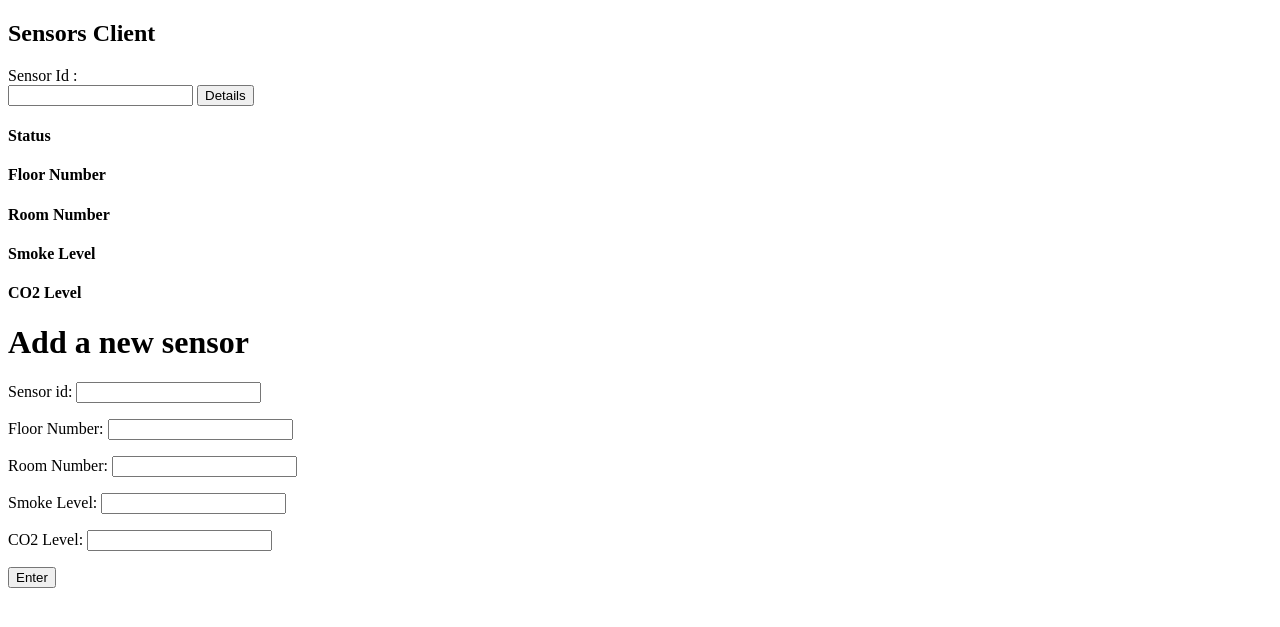
Repository: code-eshan/clientDSSensor
Page: sensor_service/WebContent/index.html
An editor plug-in stored every save of this project. The page is shown before and after the next save, followed by the edit.
The browser window is 1280 px wide. The pictures show the whole page.
Some web libraries are served in a nearby version.

Above is the page before, as saved 2020-04-15 14:19:55.

After the next save:
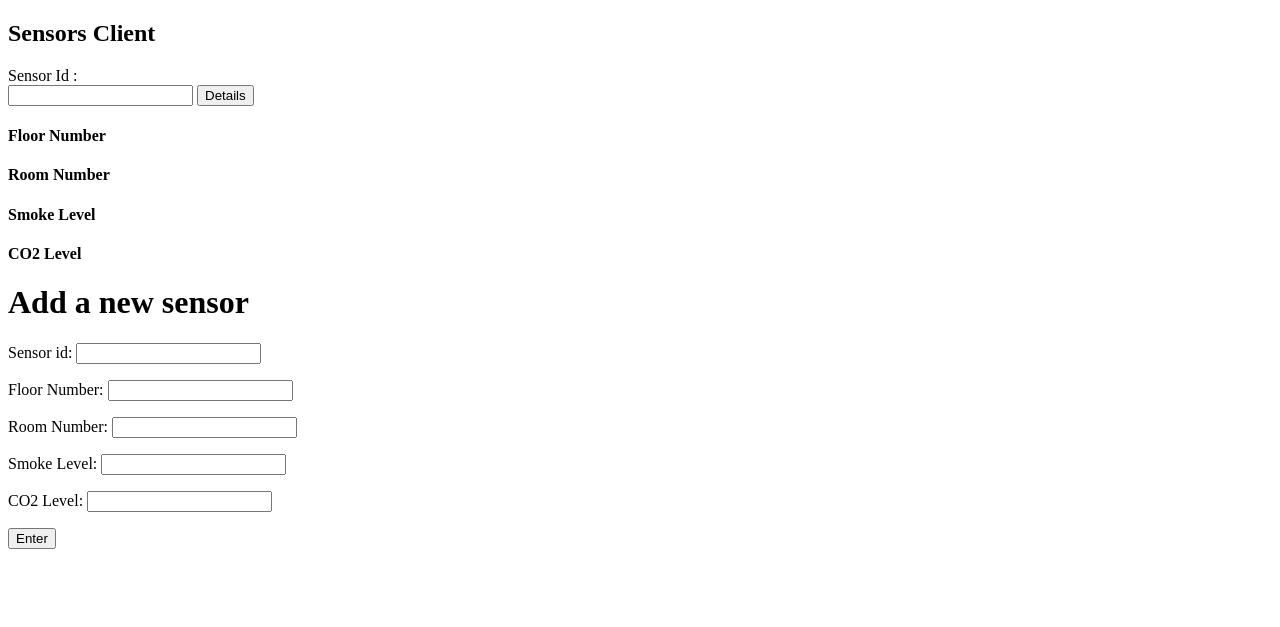
Saved 9 s later.
--- a/sensor_service/WebContent/index.html
+++ b/sensor_service/WebContent/index.html
@@ -12,8 +12,6 @@
 	<button onclick="getDetails()">Details </button>
 	<div>
 	</div>
-	<p />
-        <h4>Status</h4><div id="sensorStatus"></div>
     <p />
         <h4>Floor Number</h4><div id="floorNum"></div>
 	<p />
